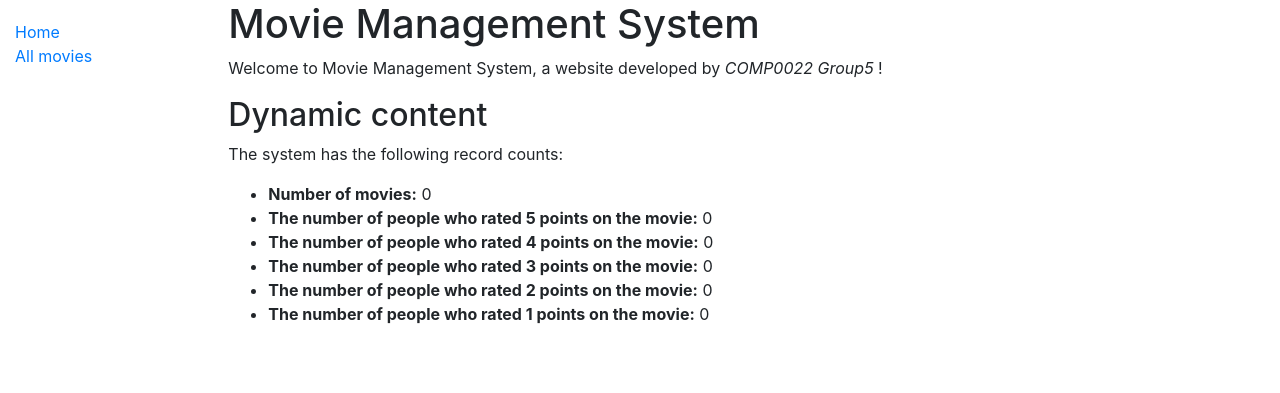
Repository: yifanzhang13/MovieManagementSystem_group5
Page: http://localhost/library/
The author's editor kept a copy of each file at every save. The page is drawn from the files as they stood at one save, then again after the next save.
The browser window is 1280 px wide. The pictures show the whole page.
The page is served by the project's application, run on Django 3.2 (manage.py). Other server files are loaded and not shown. Queries for data that is not in the repository find no rows.

Above is the page before, as saved 2021-03-24 16:13:50.

### moviesys/moviesys/library/templates/index.html
{% extends "base_generic.html" %}

{% block content %}
  <h1>Movie Management System</h1>
  <p>Welcome to Movie Management System, a website developed by <em>COMP0022 Group5 </em>!</p>
  <h2>Dynamic content</h2>
  <p>The system has the following record counts:</p>
  <ul>
    <li><strong>Number of movies:</strong> {{ num_movies }}</li>
    <li><strong>The number of people who rated 5 points on the movie:</strong> {{ rating_5 }}</li>
    <li><strong>The number of people who rated 4 points on the movie:</strong> {{ rating_4 }}</li>
    <li><strong>The number of people who rated 3 points on the movie:</strong> {{ rating_3 }}</li>
    <li><strong>The number of people who rated 2 points on the movie:</strong> {{ rating_2 }}</li>
    <li><strong>The number of people who rated 1 points on the movie:</strong> {{ rating_1 }}</li>
  </ul>
{% endblock %}

### moviesys/moviesys/library/templates/base_generic.html
<!DOCTYPE html>
<html lang="en">
<head>
  {% block title %}<title>Movie Management System</title>{% endblock %}
  <meta charset="utf-8">
  <meta name="viewport" content="width=device-width, initial-scale=1">
  <link rel="stylesheet" href="https://cdn.jsdelivr.net/npm/bootstrap@4.5.3/dist/css/bootstrap.min.css" integrity="sha384-TX8t27EcRE3e/ihU7zmQxVncDAy5uIKz4rEkgIXeMed4M0jlfIDPvg6uqKI2xXr2" crossorigin="anonymous">
  <!-- Add additional CSS in static file -->
  {% load static %}
  <link rel="stylesheet" href="{% static 'css/styles.css' %}">
</head>
<body>
  <div class="container-fluid">
    <div class="row">
      <div class="col-sm-2">
      {% block sidebar %}
        <ul class="sidebar-nav">
          <li><a href="{% url 'index' %}">Home</a></li>
          <li><a href="{% url 'movies' %}">All movies</a></li>
        </ul>
     {% endblock %}
      </div>
      <div class="col-sm-10 ">{% block content %}{% endblock %}</div>
    </div>
  </div>
</body>
</html>

### moviesys/moviesys/library/views.py
from django.shortcuts import render
from .models import Movies, Users, Ratings, Links, Tags
from django.db import connection
from django.views import generic
from django.shortcuts import get_object_or_404
from django.http import HttpResponseRedirect
from django.urls import reverse
# Create your views here.

def index(request):
    cursor = connection.cursor()
    try:
        num_movies = cursor.execute('SELECT * FROM library_movies')
        rating_5 = cursor.execute('SELECT * FROM library_ratings WHERE RatingScore = 5')
        rating_4 = cursor.execute('SELECT * FROM library_ratings WHERE RatingScore = 4')
        rating_3 = cursor.execute('SELECT * FROM library_ratings WHERE RatingScore = 3')
        rating_2 = cursor.execute('SELECT * FROM library_ratings WHERE RatingScore = 2')
        rating_1 = cursor.execute('SELECT * FROM library_ratings WHERE RatingScore = 1')
    finally:
        cursor.close()

    context = {
        'num_movies':num_movies,
        'rating_5':rating_5,
        'rating_4':rating_4,
        'rating_3':rating_3,
        'rating_2':rating_2,
        'rating_1':rating_1,
    }

    return render(request, 'index.html', context=context)

def MoviesView(request):
    cursor = connection.cursor()
    try:
        movies = cursor.execute('SELECT * FROM library_movies')
        results = cursor.fetchall()
    finally:
        cursor.close()
    all = []
    for row in results:
        dic = {
            'MovieID':row[0],
            'MovieTitle':row[1],
            'MovieGenres':row[2],
        }
        all.append(dic)
    context = {
        'movies':all,
    }
    return render(request, 'Movies.html', context=context)

class MovieDetailView(generic.DetailView):
    model = Movies

def MovieDetail(request, pk):
    # movie = get_object_or_404()
    pass


class MoviesListView(generic.ListView):
    # The generic view will query the database to get all records for the specified model
    # (Movies) then render a template located
    # at /locallibrary/catalog/templates/catalog/Movies_list.html (which we will create below).
    # Within the template you can access the list of books with the
    # template variable named object_list OR book_list (i.e. generically "the_model_name_list").
    model = Movies

### moviesys/moviesys/moviesystem/urls.py
"""moviesystem URL Configuration

The `urlpatterns` list routes URLs to views. For more information please see:
    https://docs.djangoproject.com/en/3.1/topics/http/urls/
Examples:
Function views
    1. Add an import:  from my_app import views
    2. Add a URL to urlpatterns:  path('', views.home, name='home')
Class-based views
    1. Add an import:  from other_app.views import Home
    2. Add a URL to urlpatterns:  path('', Home.as_view(), name='home')
Including another URLconf
    1. Import the include() function: from django.urls import include, path
    2. Add a URL to urlpatterns:  path('blog/', include('blog.urls'))
"""
from django.contrib import admin
from django.urls import path
from django.urls import include

urlpatterns = [
    path('admin/', admin.site.urls),
    path('library/', include('library.urls')),
]

### moviesys/moviesys/library/urls.py
from django.urls import path
from . import views

urlpatterns = [
    path('', views.index, name='index'),
    path('movies/', views.MoviesView, name='movies'),
    path('movies/<int:pk>', views.MovieDetailView.as_view(), name='movie-detail')
]

Loaded but not shown: moviesys/moviesys/library/static/css/styles.css (common file)

After the next save:
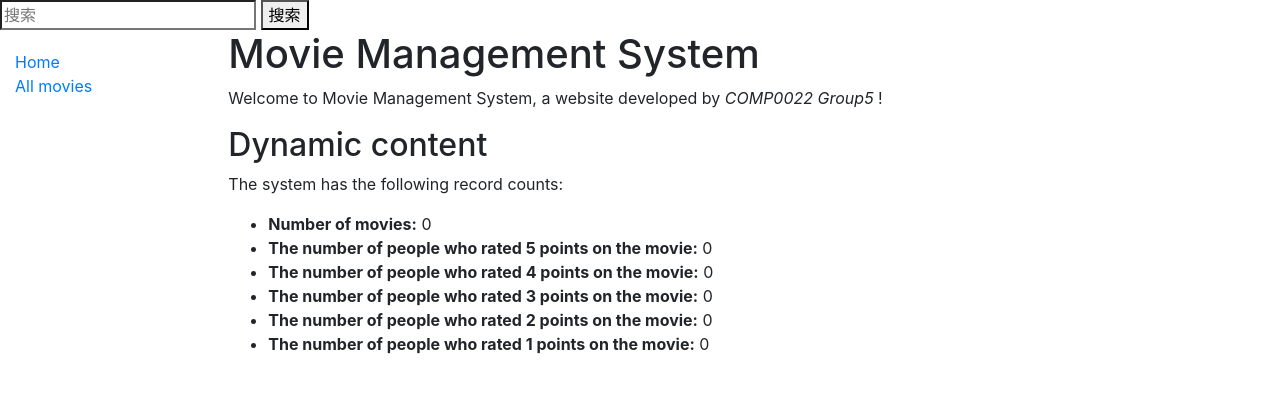
Saved 2 min 8 s later.
--- a/moviesys/moviesys/library/templates/base_generic.html
+++ b/moviesys/moviesys/library/templates/base_generic.html
@@ -10,6 +10,12 @@
   <link rel="stylesheet" href="{% static 'css/styles.css' %}">
 </head>
 <body>
+  <form method="get" action="/search/">
+    {% csrf_token %}
+    <input type="search" placeholder="搜索" required>
+    <button type="submit">搜索</button>
+  </form>
+
   <div class="container-fluid">
     <div class="row">
       <div class="col-sm-2">
